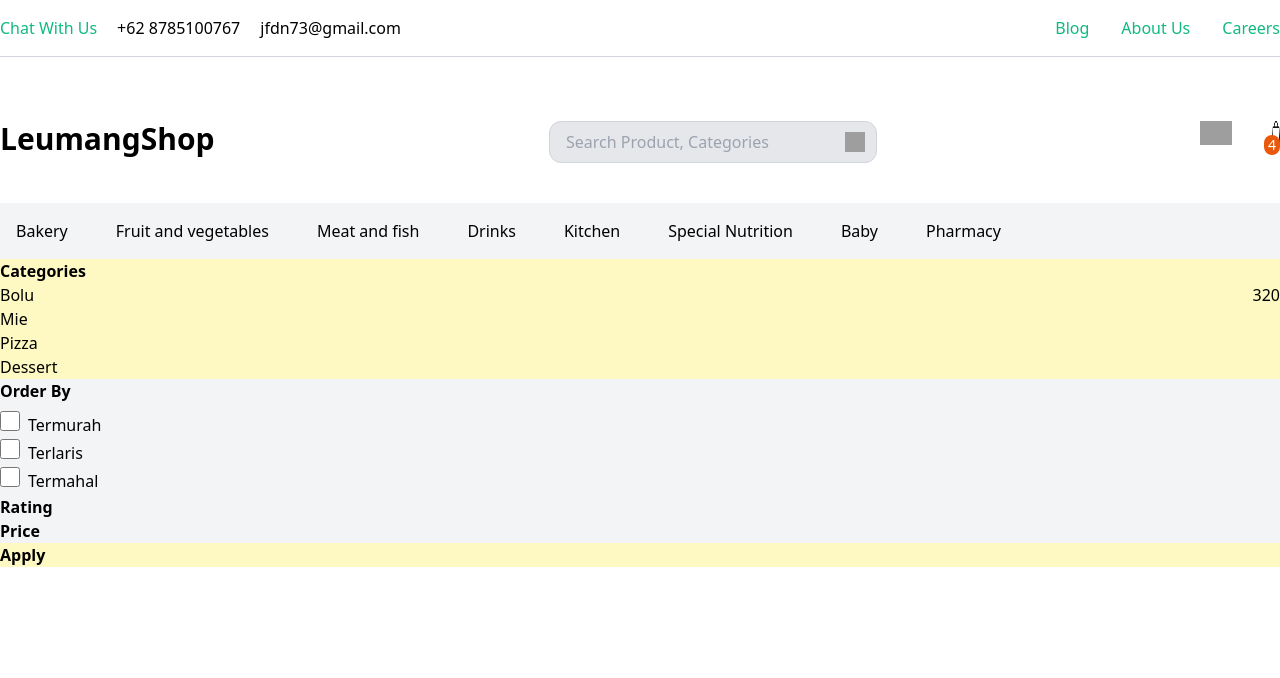
Repository: jafetdn73/ecommerce-tailwind
Page: /
The author's editor kept a copy of each file at every save. The page is drawn from the files as they stood at one save, then again after the next save.
The browser window is 1280 px wide. The pictures show the whole page.
Pictures or frames that could not be fetched are drawn as grey boxes. The project was rebuilt for these pictures with package versions that can differ from the ones it lists, and the page was loaded fresh each time. Also part of the build but not shown: src/App.css.

Above is the page before, as saved 2022-03-13 12:40:12.

### src/App.js
import "./App.css";

function App() {
  return (
    <div className="bg-white container mx-auto">
      <div className="flex justify-between py-4 border-b border-gray-300">
        <div className="flex gap-5">
          <a href="http://google.com" className="text-emerald-500">
            Chat With Us
          </a>
          <a href="http://facebook.com">+62 8785100767</a>
          <a href="http://ggogl.com">jfdn73@gmail.com</a>
        </div>

        <div className="">
          <ul className="flex gap-8 text-emerald-500">
            <li>Blog</li>
            <li>About Us</li>
            <li>Careers</li>
          </ul>
        </div>
      </div>

      <div className="flex justify-between mt-16">
        <h1 className="text-3xl font-bold">LeumangShop</h1>
        <div className="flex w-full justify-center items-center">
          <input
            type="text"
            placeholder="Search Product, Categories"
            className="w-1/3 border border-gray-300 bg-gray-200 rounded-xl pl-4 py-2"
          />
          <img src="/images/search-icon.png" alt="search" className="w-5 h-5 -ml-8"/>
        </div>
        <div className="flex gap-10">
          <img src="/images/user-icon.png" alt="user" className="w-8 h-6"/>
          <div className="relative">
            <img src="/images/cart-icon.png" alt="icon" className="w-8 h-6"/>
            <label className="absolute bottom-2 -left-2 bg-orange-600 text-white py-0.25 px-1 rounded-full text-sm">4</label>
          </div>
        </div>
      </div>

      <div className="bg-gray-100 mt-10 py-4 pl-4 text-base font-medium">
        <ul className="flex gap-12">
          <li>Bakery</li>
          <li>Fruit and vegetables</li>
          <li>Meat and fish</li>
          <li>Drinks</li>
          <li>Kitchen</li>
          <li>Special Nutrition</li>
          <li>Baby</li>
          <li>Pharmacy</li>
        </ul>
        </div>

      <div className="bg-gray-100">
        <div className="bg-yellow-100 w-50" >
          <div className="bg-yellow-100 w-50">
            <h1 className="font-bold text-base">Categories</h1>
            <ul>
              <div className="flex justify-between"><li>Bolu</li><label>320</label></div>
              <div><li>Mie</li></div>
              <div><li>Pizza</li></div>
              <div><li>Dessert</li></div>
            </ul>
          </div>
          <div className="bg-gray-100 flex flex-col">
            <h1 className="font-bold mb-2">Order By</h1>
           <div >
             <input type="checkbox" className="checked:bg-lime-600 w-5 h-5 mr-2 mb-2">
               </input
               ><label className="orm-check-label">Termurah</label>
          </div>
          <div>
            <input type="checkbox"  className="bg-lime-600 w-5 h-5 mr-2 mb-2"></input><label>Terlaris</label>
          </div>
          <div>
            <input type="checkbox"  className="bg-lime-600 w-5 h-5 mr-2 mb-2"></input><label>Termahal</label>
          </div>

          </div>
          <div className="bg-gray-100">
          <h1 className="font-bold">Rating</h1>
          </div>
          <div className="bg-gray-100">
          <h1 className="font-bold">Price</h1>
          </div>
          <button className="font-bold">Apply</button>
        </div>
        <div className="bg-gray-100">
          <div className="bg-yellow-100">
          </div>
        </div>
      </div>



    </div>
  );
}

export default App;

Loaded but not shown: public/index.html (common file); src/index.js (common file); src/index.css (common file); src/reportWebVitals.js (common file); tailwind.config.js (common file)

After the next save:
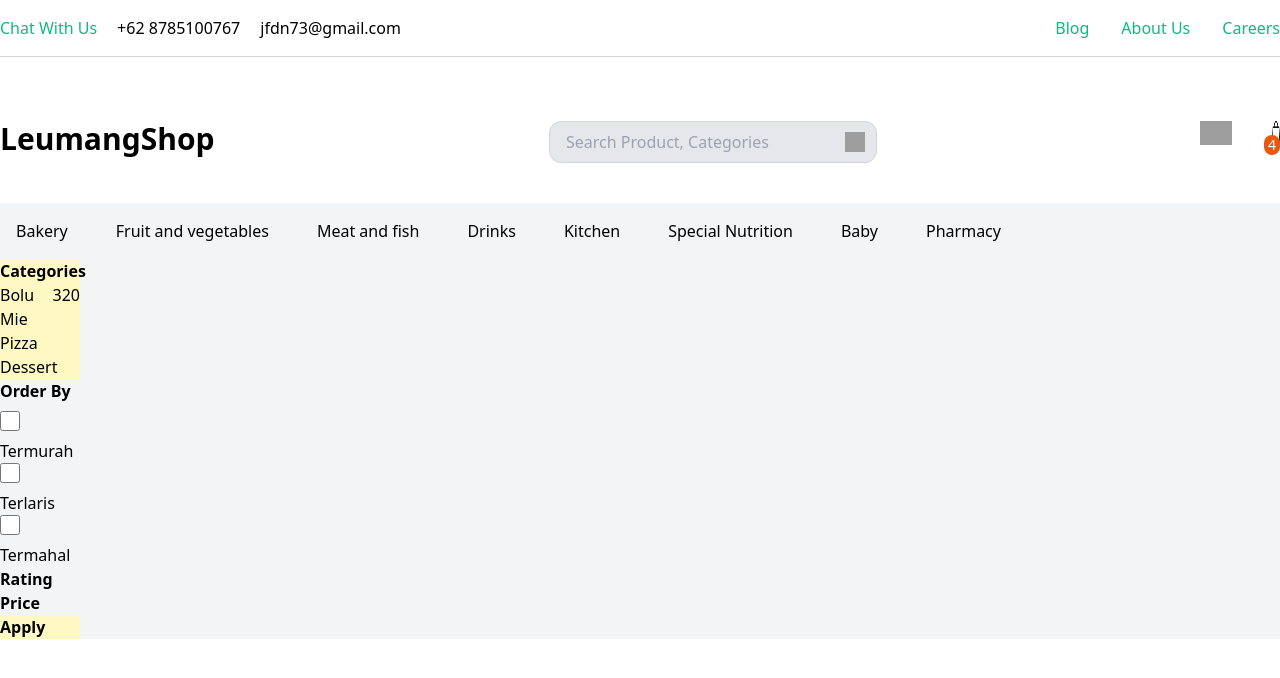
Saved 42 s later.
--- a/src/App.js
+++ b/src/App.js
@@ -54,8 +54,8 @@
         </div>
 
       <div className="bg-gray-100">
-        <div className="bg-yellow-100 w-50" >
-          <div className="bg-yellow-100 w-50">
+        <div className="bg-yellow-100 w-20" >
+          <div className="bg-yellow-100 w-20">
             <h1 className="font-bold text-base">Categories</h1>
             <ul>
               <div className="flex justify-between"><li>Bolu</li><label>320</label></div>

After the 2 saves that followed:
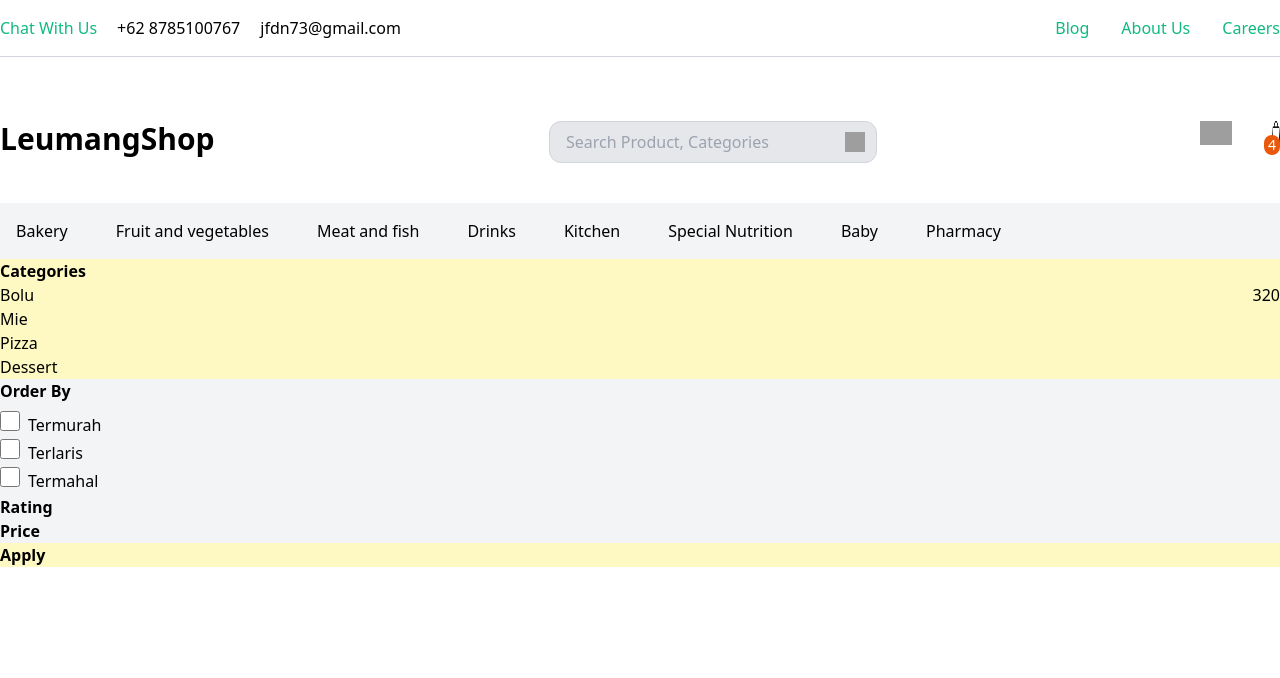
The 2 saves are shown as one change because 1 left the picture as it was.
The last was saved 30 s later.
--- a/src/App.js
+++ b/src/App.js
@@ -54,8 +54,8 @@
         </div>
 
       <div className="bg-gray-100">
-        <div className="bg-yellow-100 w-20" >
-          <div className="bg-yellow-100 w-20">
+        <div className="bg-yellow-100 w-30" >
+          <div className="bg-yellow-100 w-30">
             <h1 className="font-bold text-base">Categories</h1>
             <ul>
               <div className="flex justify-between"><li>Bolu</li><label>320</label></div>
